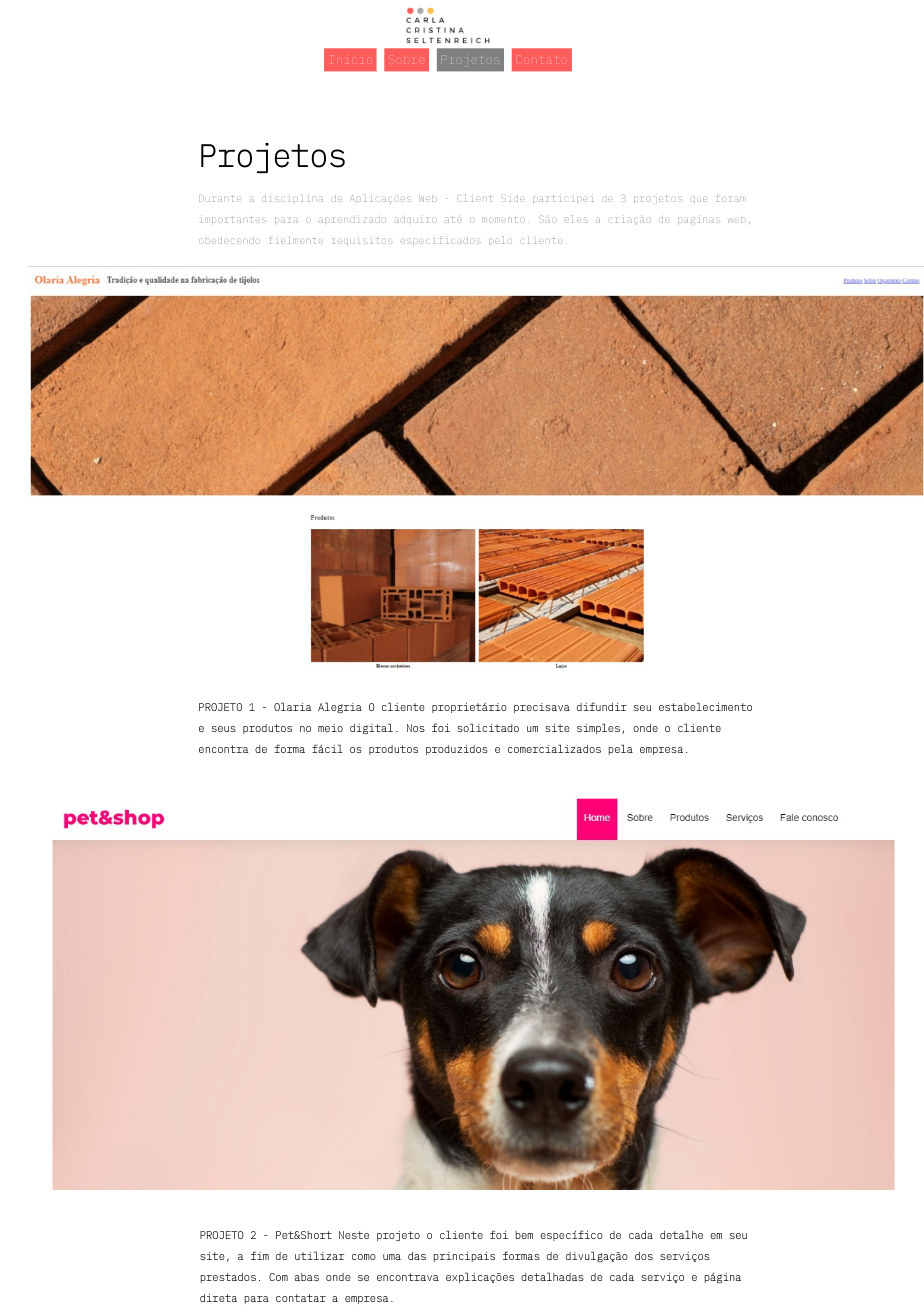
Repository: carla-seltenreich/portfolio
Page: project.html
These files come from the project's save history. The page is drawn as it stood at one moment and after the next save; the edit follows.
The browser window is 1280 px wide. The page is 1320 px wide, so the pictures cover 1320 px, including what lies to the right of the window. The pictures show the part of the page from y = 0 to 1880 px (the page is 2710 px tall), at 70% of full size.

Above is the page before, as saved 2022-05-26 06:14:01.

After the next save:
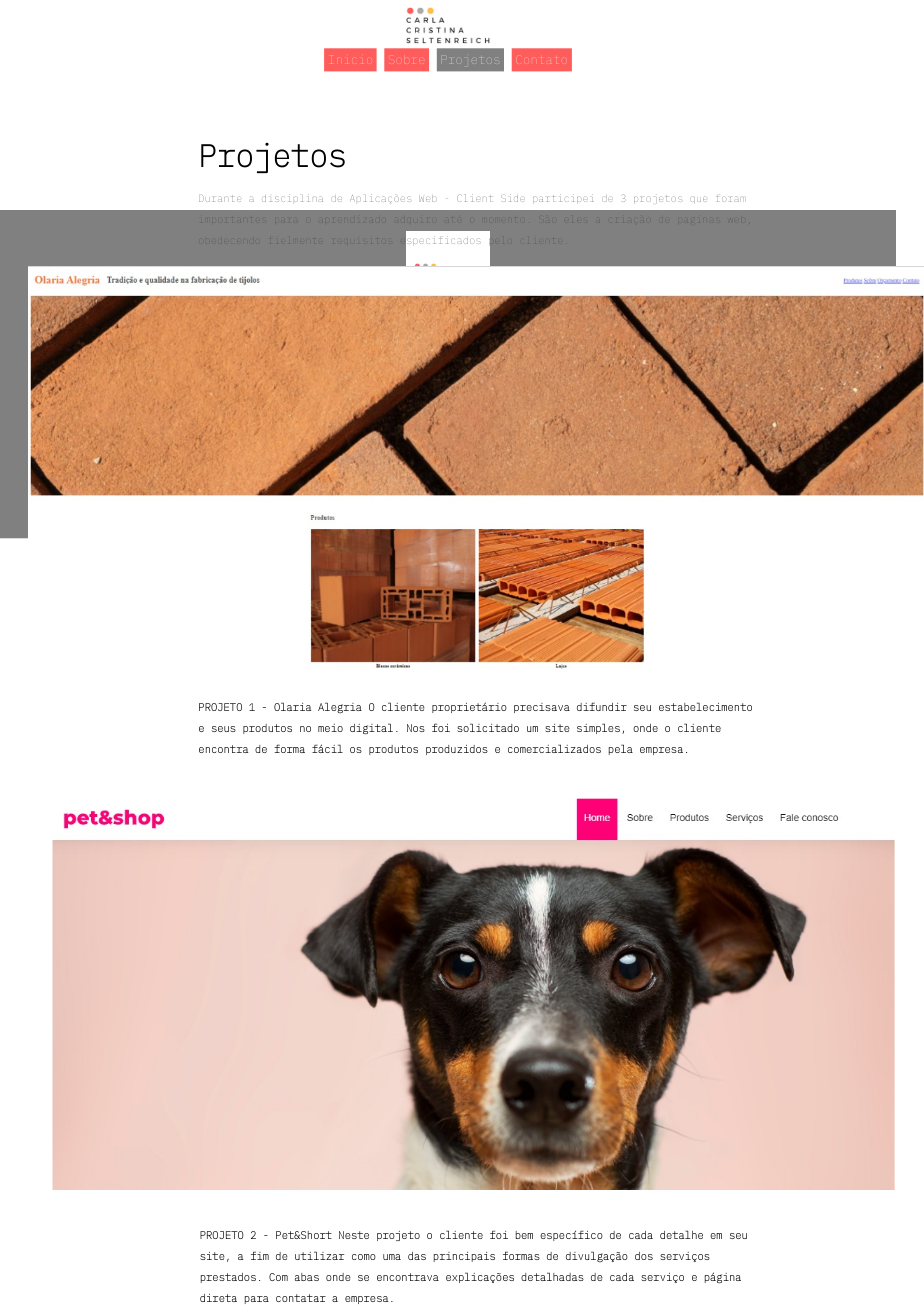
Saved 105 s later.
--- a/project.html
+++ b/project.html
@@ -69,8 +69,34 @@
             Site de stream de filmes e séries, possibilitando ao usuário assistir apenas pagando por assinatura. Site com bastante imagens e grande cuidado com cores e sombras para que tudo fique bem claro ao usuário.
         </h4>
     </div>
+    <footer class="footer">
+        <div class="container">
+            <img src="Carla cristina sELTENREICH.png" alt="logo" class="brand">
+            <div class="footer-container">
+                <div class="footer-contact">
+                    <h4>Contato</h4>
 
+                    <address>Avenida Benjamin Constant, 3517 <br />Bairro Montanha - Lajeadoa/RS 95905-080
+                    </address>
+                    <a href="#">(51)997284931</a>
+                    <a href="#">carla_cris95@hotmail.com</a>
+                </div>
 
+                <div class="footer-social-medias">
+                    <ul class="social-medias">
+                        <li><a href="https://www.facebook.com/carla.cristina.16144/"><img src="facebook-brands (1).svg"
+                                    alt="logo-facebook" class="logo-socialmedia"></a></li>
+                        <li><a href="https://www.instagram.com/100meat/"><img src="instagram-brands (1).svg"
+                                    alt="logo-instagram" class="logo-socialmedia"></a></li>
+                        <li><a href="https://github.com/carla-seltenreich"><img src="github-brands.svg"
+                                    alt="logo-github" class="logo-socialmedia"></a></li>
+                        <li><a href="https://twitter.com/100meat"><img src="twitter-brands (1).svg" alt="logo-twitter"
+                                    class="logo-socialmedia"></a></li>
+                    </ul>
+                </div>
+                <div class="copyright">©2022 | Todos os direitos reservados.</div>
+            </div>
+    </footer>
 </body>
 
 </html>

After the save that followed:
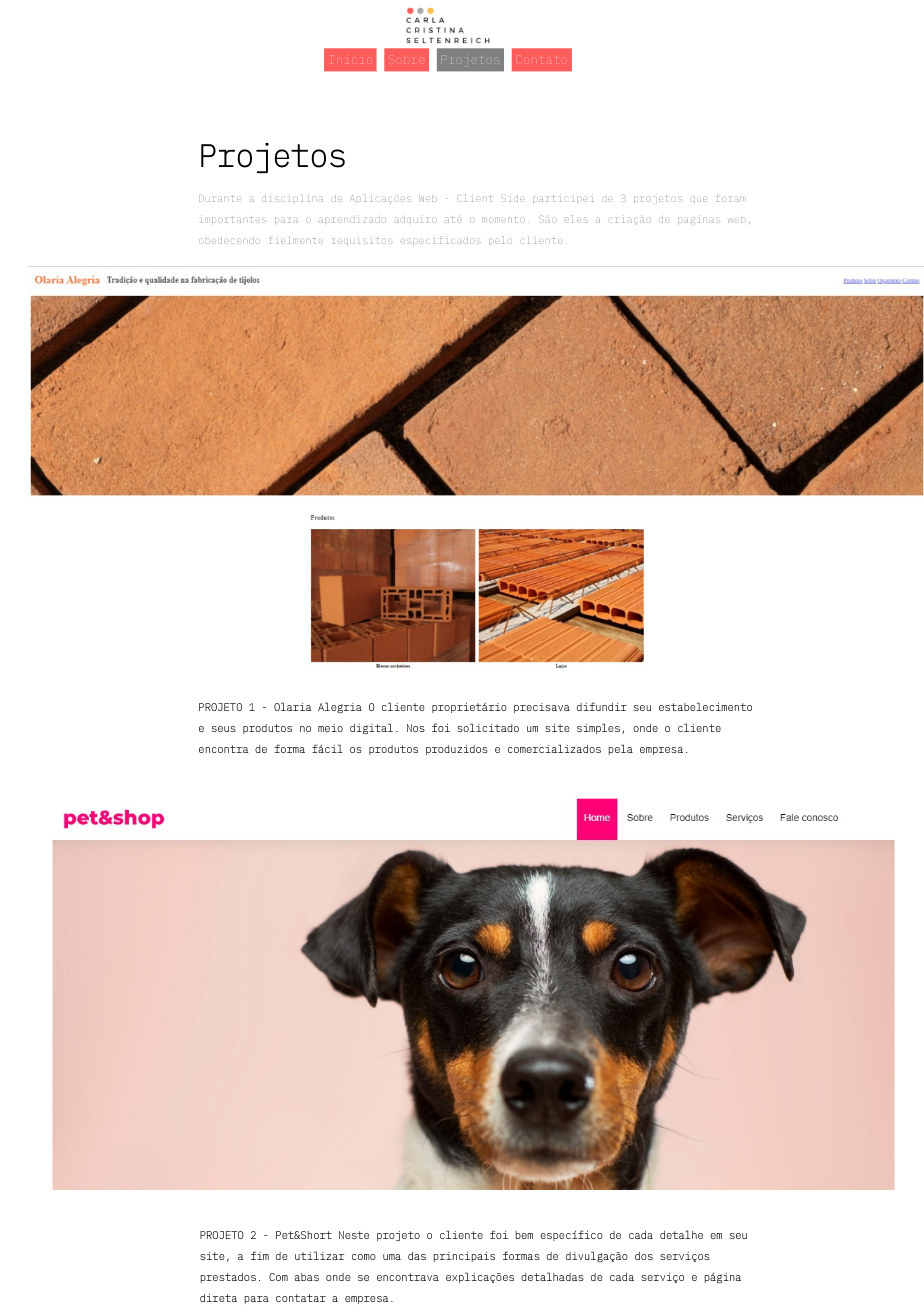
Saved 14 s later.
--- a/project.html
+++ b/project.html
@@ -69,34 +69,9 @@
             Site de stream de filmes e séries, possibilitando ao usuário assistir apenas pagando por assinatura. Site com bastante imagens e grande cuidado com cores e sombras para que tudo fique bem claro ao usuário.
         </h4>
     </div>
-    <footer class="footer">
-        <div class="container">
-            <img src="Carla cristina sELTENREICH.png" alt="logo" class="brand">
-            <div class="footer-container">
-                <div class="footer-contact">
-                    <h4>Contato</h4>
 
-                    <address>Avenida Benjamin Constant, 3517 <br />Bairro Montanha - Lajeadoa/RS 95905-080
-                    </address>
-                    <a href="#">(51)997284931</a>
-                    <a href="#">carla_cris95@hotmail.com</a>
-                </div>
 
-                <div class="footer-social-medias">
-                    <ul class="social-medias">
-                        <li><a href="https://www.facebook.com/carla.cristina.16144/"><img src="facebook-brands (1).svg"
-                                    alt="logo-facebook" class="logo-socialmedia"></a></li>
-                        <li><a href="https://www.instagram.com/100meat/"><img src="instagram-brands (1).svg"
-                                    alt="logo-instagram" class="logo-socialmedia"></a></li>
-                        <li><a href="https://github.com/carla-seltenreich"><img src="github-brands.svg"
-                                    alt="logo-github" class="logo-socialmedia"></a></li>
-                        <li><a href="https://twitter.com/100meat"><img src="twitter-brands (1).svg" alt="logo-twitter"
-                                    class="logo-socialmedia"></a></li>
-                    </ul>
-                </div>
-                <div class="copyright">©2022 | Todos os direitos reservados.</div>
-            </div>
-    </footer>
+
 </body>
 
 </html>
